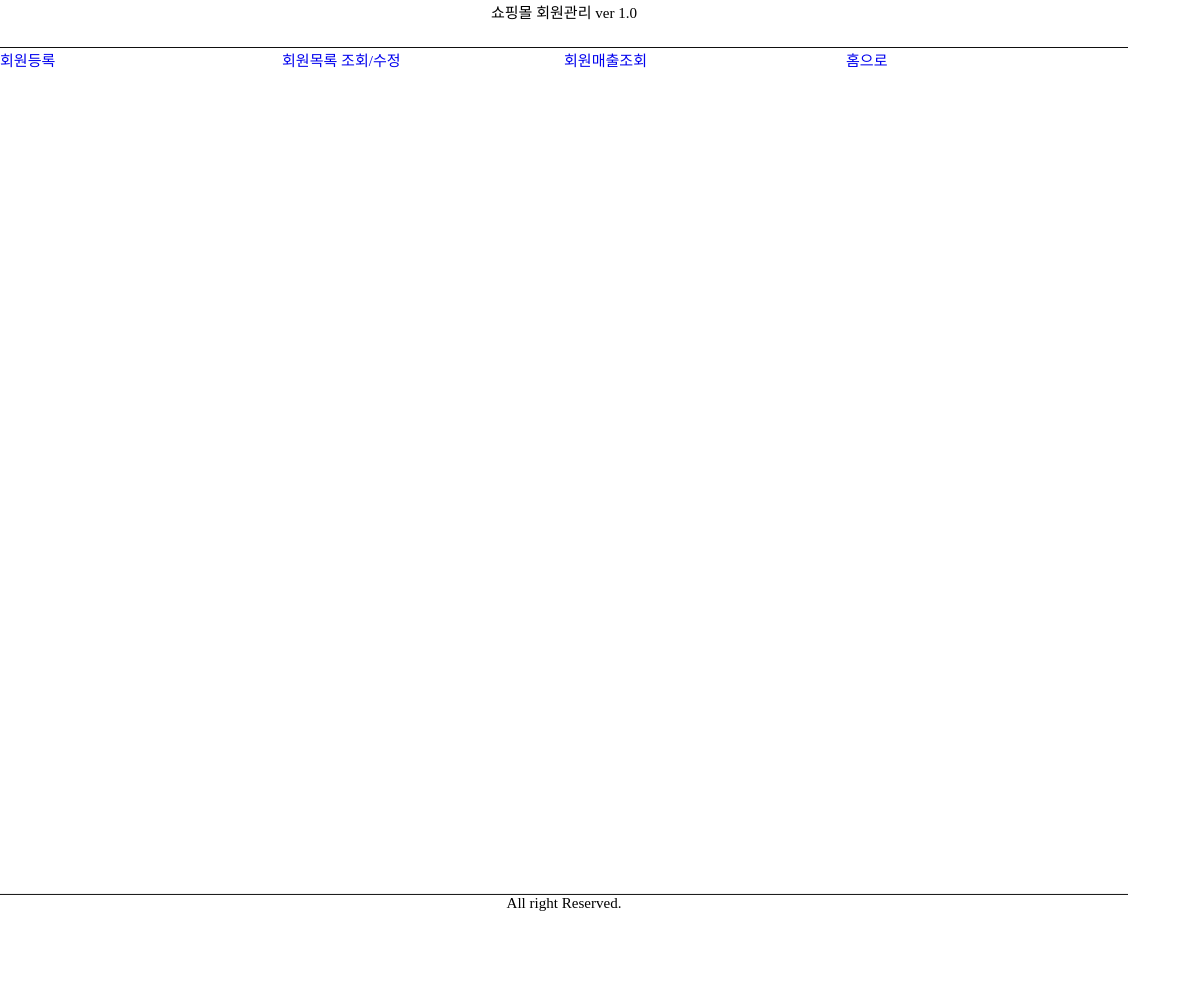
Repository: foodduck/HRD_exam
Page: http://localhost/HRD_1234/
The author's editor kept a copy of each file at every save. The page is drawn from the files as they stood at one save, then again after the next save.
The browser window is 1280 px wide. The pictures show the whole page, at 94% of full size.
The page is served by Tomcat 9.

Above is the page before, as saved 2022-02-14 07:03:58.

### HRD_1234/WebContent/index.jsp
<%@ page language="java" contentType="text/html; charset=UTF-8"
    pageEncoding="UTF-8"%>
<!DOCTYPE html PUBLIC "-//W3C//DTD HTML 4.01 Transitional//EN" "http://www.w3.org/TR/html4/loose.dtd">
<html>
<head>
<meta http-equiv="Content-Type" content="text/html; charset=UTF-8">
<title>메인 메뉴</title>
<style>
	* {margin:0; padding:0}
	body, html {width:100%}
	ul {list-style:none;}
	a {text-decoration:none;}
	.wrap {width:1200px; clear:both;}
	p {text-align:center}

	.hd {height:50px; width: 1200px; border-bottom:solid black 1px;}
	nav {clear:both;}
	.tnb {height: 100px; width: 1200px; margin:0 auto;}
	.tnb li { float:left; width:300px;}
	.sec {width:100%; height:800px;}
	.ft {clear:both; width:100%; height:120px; border-top:solid 1px black;}
</style>
</head>
<body>
<div class="wrap">
	<header class="hd">
	<div class="hd_wrap">
		<p>쇼핑몰 회원관리 ver 1.0</p>
	</div>
	</header>
	<nav>
	<ul class="tnb">
		<li><a href="makecustNo.jsp">회원등록</a></li>
		<li><a href="memberList.jsp">회원목록 조회/수정</a></li>
		<li><a href="memberSales">회원매출조회</a></li>
		<li><a href="index.jsp">홈으로</a></li>
	</ul>
	</nav>
	<section class="sec">
		<div class="sec_wrap">

		</div>
	</section>
	<footer class="ft">
	<div class="ft_wrap">
		<p>All right Reserved.</p>
	</div>
	</footer>
</div>
</body>
</html>

After the next save:
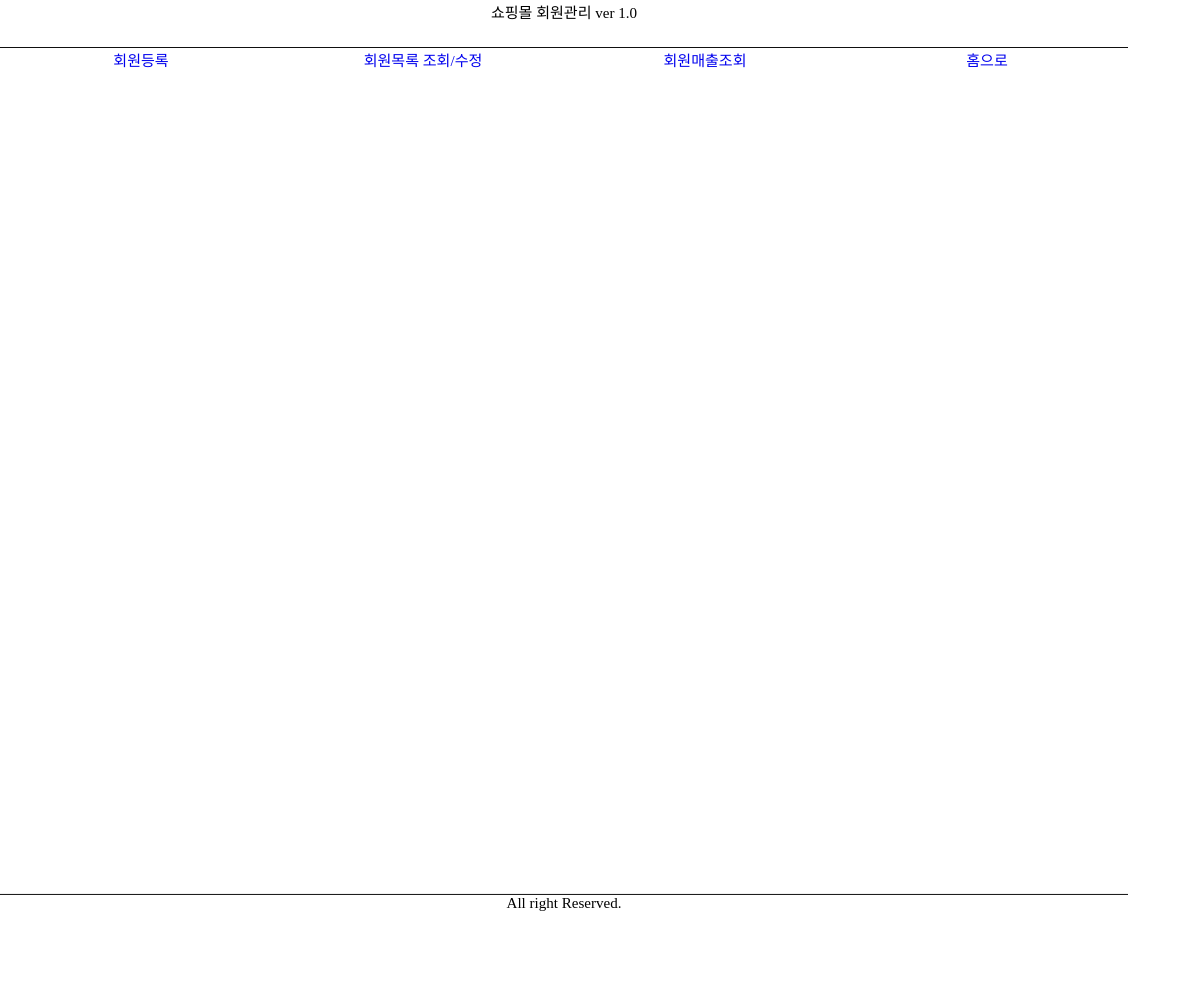
Saved 17 s later.
--- a/HRD_1234/WebContent/index.jsp
+++ b/HRD_1234/WebContent/index.jsp
@@ -15,7 +15,7 @@
 
 	.hd {height:50px; width: 1200px; border-bottom:solid black 1px;}
 	nav {clear:both;}
-	.tnb {height: 100px; width: 1200px; margin:0 auto;}
+	.tnb {height: 100px; width: 1200px; margin:0 auto; text-align:center;}
 	.tnb li { float:left; width:300px;}
 	.sec {width:100%; height:800px;}
 	.ft {clear:both; width:100%; height:120px; border-top:solid 1px black;}
